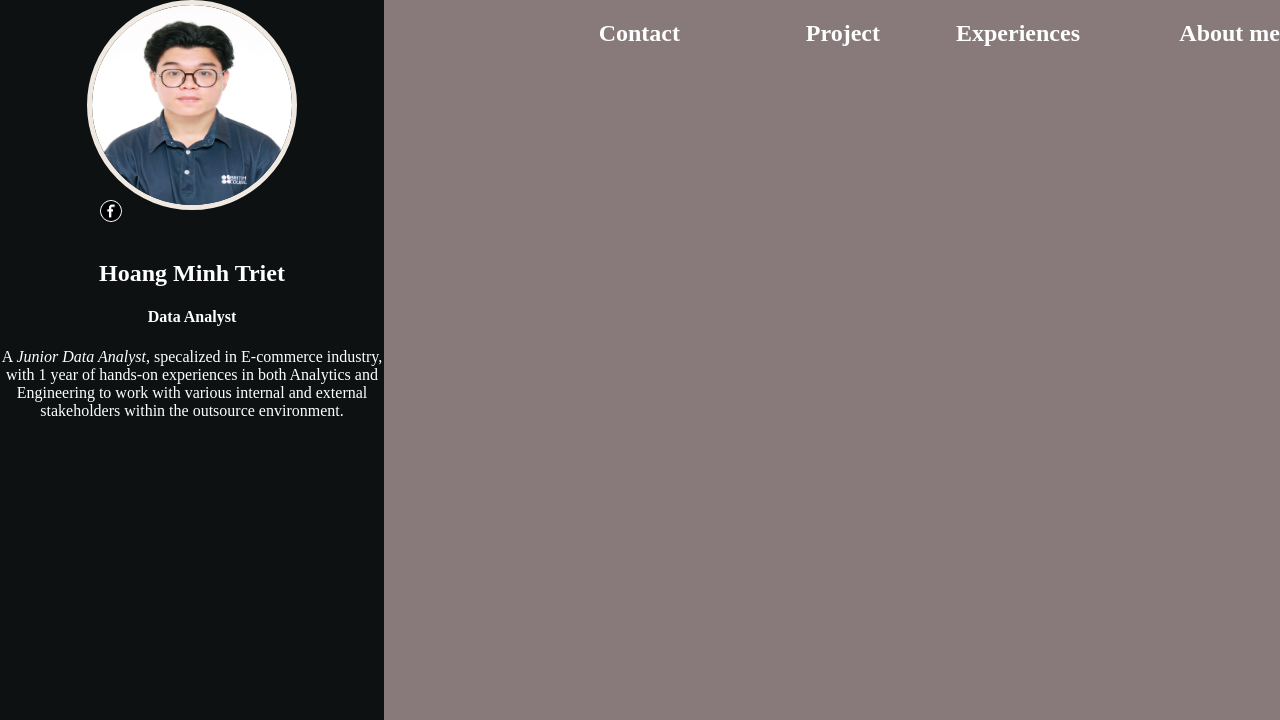
Repository: MinnTrit/personal_website
Page: http://localhost/
The author's editor kept a copy of each file at every save. The page is drawn from the files as they stood at one save, then again after a run of saves.
The browser window is 1280 px wide. The pictures show the whole page.
The page is served by the project's application, run on Flask 3 (app.py).

Above is the page before, as saved 2025-01-28 23:30:09.

### templates/index.html
<!DOCTYPE html>
<html lang="en">
<head>
    <meta charset="UTF-8">
    <meta name="viewport" content="width=device-width, initial-scale=1.0">
    <link rel="stylesheet" href="{{ url_for('static', filename='css/styles.css') }}">
    <title>Data Engineer - Hoang Minh Triet</title>
</head>
<body>
    <div class="sections">
        <section class="aboutMe">
            <h2>About me</h2>
        </section>
        <section class="experiences">
            <h2>Experiences</h2>
        </section>
        <section class="projects">
            <h2>Project</h2>
        </section>
        <section class="contact">
            <h2>Contact</h2>
        </section>
    </div>
    <div class="picture">
        <img src="{{ url_for('static', filename='imgs/personal_image.jpg') }}" alt="personalImage">
        <div class="pictureText">
            <h2>Hoang Minh Triet</h2>
            <h4>Data Analyst</h4>
            <p>A <em>Junior Data Analyst</em>, specalized in E-commerce industry, with 1 year of hands-on experiences in both Analytics and Engineering to work with various internal and external stakeholders within the outsource environment.</p>
        </div>
    </div>
    <div class="information">
        <img class="facebook" src="{{ url_for('static', filename='imgs/facebook.jpg') }}" alt="facebook">
    </div>
</body>
</html>

### app.py
from flask import Flask, request, render_template
app = Flask(__name__)
app.debug=True
#Initialize common variables
@app.route('/', methods=['GET', 'POST'])
def index():
    if request.method == 'GET':
        return render_template('index.html')

if __name__ == '__main__':
    app.run(host='0.0.0.0', port=5002, debug=True)

### static/css/styles.css
html, body {
    height: 100%;
    margin: 0;
    color: white;
}

.picture {
    background-color:#0e1111;
    width: 30%;
    height: 100%;
}

.picture img {
    display: block;
    width: 200px;
    height: 200px;
    margin-left: auto;
    margin-right: auto;
    border-radius: 50%;
    border: 5px solid;
    border-color:#efe9e2;
}

.picture .pictureText {
    margin-top: 50px;
    text-align: center;
}

.sections {
    position: absolute;
    top: 0;
    right: 0;
    background-color:#887a7a;
    width: 70%;
    height: 100%;
}

.aboutMe {
    position: absolute;
    right: 0px;
}

.experiences {
    position: absolute;
    right: 200px;
}

.projects {
    position: absolute;
    right: 400px;
}

.contact {
    position: absolute;
    right: 600px;
}

/* Locate the div information*/
.information {
    position: absolute;
    top: 0px;
}

.information .facebook {
    position: absolute;
    border-radius: 60%;
    width: 20px;
    height: 20px;
    top: 200px;
    left: 100px;
    border: 1px solid;
    border-color: white;
}

After the next 2 saves:
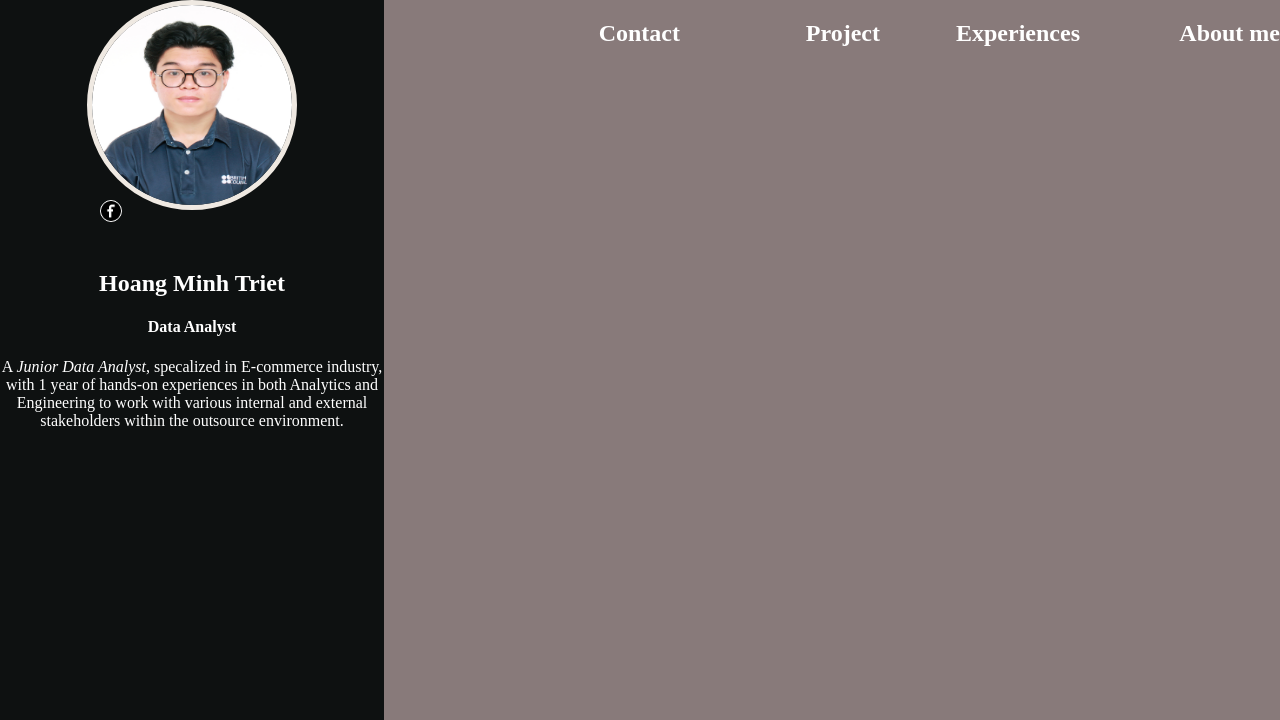
The 2 saves are shown as one change because they came seconds apart.
The last was saved 15 s later.
--- a/static/css/styles.css
+++ b/static/css/styles.css
@@ -22,7 +22,7 @@ html, body {
 }
 
 .picture .pictureText {
-    margin-top: 50px;
+    margin-top: 60px;
     text-align: center;
 }
 
